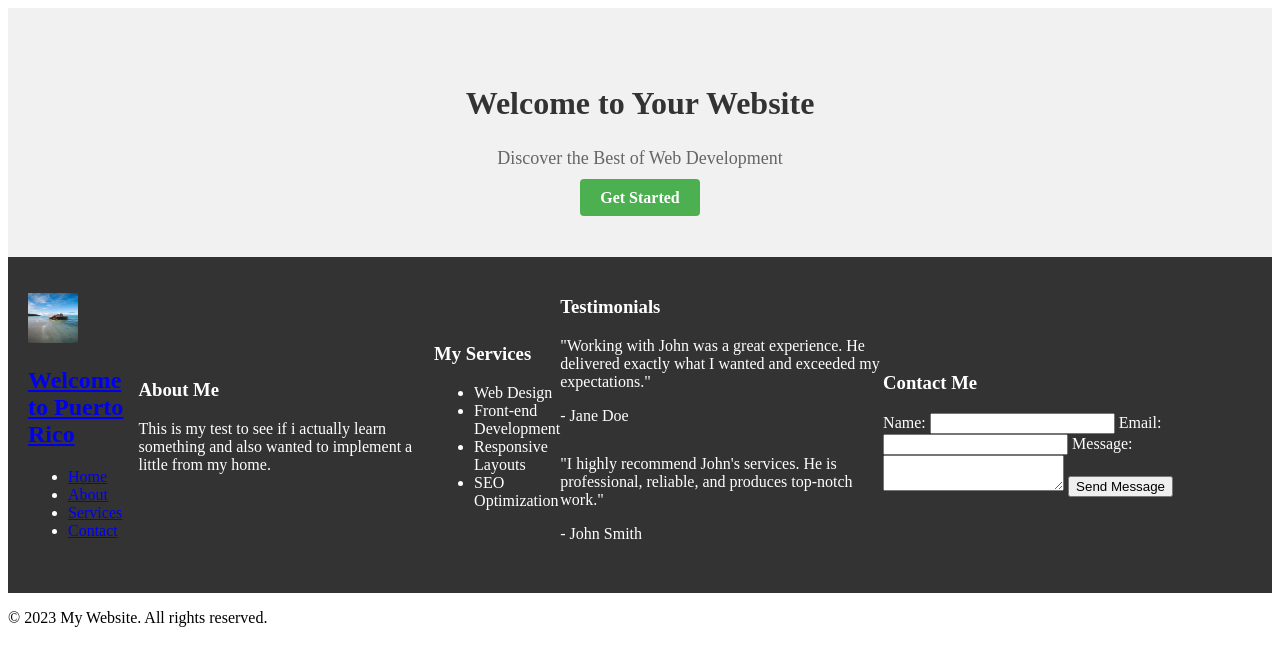
Repository: HeliosAI9/First-test-website
Page: mywebsite/index.html
The author's editor kept a copy of each file at every save. The page is drawn from the files as they stood at one save, then again after the next save.
The browser window is 1280 px wide. The pictures show the whole page.
Pictures or frames that could not be fetched are drawn as grey boxes.

Above is the page before, as saved 2023-07-03 07:14:53.

### mywebsite/index.html
<!DOCTYPE html>
<html lang="en">
<head>
  <meta charset="UTF-8">
  <meta http-equiv="X-UA-Compatible" content="IE=edge">
  <meta name="viewport" content="width=device-width, initial-scale=1.0">
  <title>Your Website Title</title>
  <link rel="stylesheet" href="style.css">
</head>
<body>
  <!-- Your content will go here -->
  <section class="hero">
    <h1 class="hero-title">Welcome to Your Website</h1>
    <p class="hero-subtitle">Discover the Best of Web Development</p>
    <a href="#" class="hero-button">Get Started</a>
  </section>

  <div class="backgroundContainer">
    <video id="background" muted autoplay loop>
        <source src="https://youtu.be/dpjaiKkJTUI" type="video/mp4">
    </video>

    <audio id="backgroundMusic" class="bgm" src="https://youtu.be/dpjaiKkJTUI" loop></audio>
</div>

<div class="headerBar">
    <div class="leftBarContainer">
        <a class="logocontainer" href=".">
            <div class = "logoImageContainer">
                <img class = "logoImage" src="resources/pexels-jo-kassis-4633495.jpg">
            </div>

    <h2>Welcome to Puerto Rico</h2>
    <nav>
        <ul>
            <li><a href="resources/pexels-caleb-oquendo-2927993.jpg">Home</a></li>
            <li><a href="resources/pexels-caleb-oquendo-3010317.jpg">About</a></li>
            <li><a href="resources/pexels-cristian-13554463.jpg">Services</a></li>
            <li><a href="resources/pexels-diego-f-parra-15305871.jpg">Contact</a></li>
        </ul>
    </nav>
</div>

<div class="layer1">
    <h3>About Me</h3>
    <p>This is my test to see if i actually learn something and also wanted to implement a little from my home.</p>
</div>

<div class="layer2">
    <h3>My Services</h3>
         <ul>
          <li>Web Design</li>
         <li>Front-end Development</li>
          <li>Responsive Layouts</li>
          <li>SEO Optimization</li>
     </ul>
</div>

<div class="layer3">
    <h3>Testimonials</h3>
    <div class="testimonial">
      <p>"Working with John was a great experience. He delivered exactly what I wanted and exceeded my expectations."</p>
      <p>- Jane Doe</p>
    </div>
    <div class="testimonial">
      <p>"I highly recommend John's services. He is professional, reliable, and produces top-notch work."</p>
      <p>- John Smith</p>
    </div>
</div>

<div class="layer4">
    <h3>Contact Me</h3>
    <form>
      <label for="name">Name:</label>
      <input type="text" id="name" name="name" required>

      <label for="email">Email:</label>
      <input type="email" id="email" name="email" required>

      <label for="message">Message:</label>
      <textarea id="message" name="message" required></textarea>

      <button type="submit">Send Message</button>
    </form>
  </div>
</div>

<div class="footerLayer">
    <p>&copy; 2023 My Website. All rights reserved.</p></div>
</body>
</html>

### mywebsite/style.css
/* Basic styles for the background container */
.backgroundContainer {
    position: relative;
  }

  /* Styles for the video background */
  #background {
    position: absolute;
    top: 0;
    left: 0;
    width: 100%;
    height: 100%;
    object-fit: cover;
  }

  /* Styles for the logo image */
  .logoImage {
    width: 50px;
    height: 50px;
  }

  /* Styles for the header bar */
  .headerBar {
    display: flex;
    justify-content: space-between;
    align-items: center;
    padding: 20px;
    background-color: #333;
    color: #fff;
  }

  /*Hero section*/
  .hero {
    background-color: #f1f1f1;
    text-align: center;
    padding: 50px 0;
  }
  .hero-title {
    font-size: 32px;
    color: #333;
  }

  .hero-subtitle {
    font-size: 18px;
    color: #666;
    margin-bottom: 20px;
  }

  .hero-button {
    background-color: #4caf50;
    color: white;
    padding: 10px 20px;
    text-decoration: none;
    border-radius: 4px;
    font-weight: bold;
  }

  /*features section*/
  .features {
    background-color: #fff;
    padding: 50px 0;
    text-align: center;
  }
  .feature {
  margin-bottom: 30px;
}

.feature-icon {
  font-size: 48px;
  color: #4caf50;
}

.feature-title {
  font-size: 24px;
  color: #333;
  margin-top: 20px;
}

.feature-description {
  font-size: 16px;
  color: #666;
  margin-top: 10px;
}

/*Testimonials*/
.testimonials {
    background-color: #f5f5f5;
    padding: 50px 0;
    text-align: center;
  }
  .testimonial {
    margin-bottom: 30px;
  }

  .testimonial-text {
    font-size: 18px;
    color: #333;
    margin-top: 20px;
  }

  .testimonial-author {
    font-size: 14px;
    color: #666;
    margin-top: 10px;
  }
  /*footer*/
  .footer {
    background-color: #333;
    color: #fff;
    padding: 30px 0;
    text-align: center;
  }
  .footer-text {
    font-size: 14px;
    margin-bottom: 10px;
  }

  .footer-link {
    color: #fff;
    text-decoration: none;
  }

  .footer-link:hover {
    text-decoration: underline;
  }

After the next save:
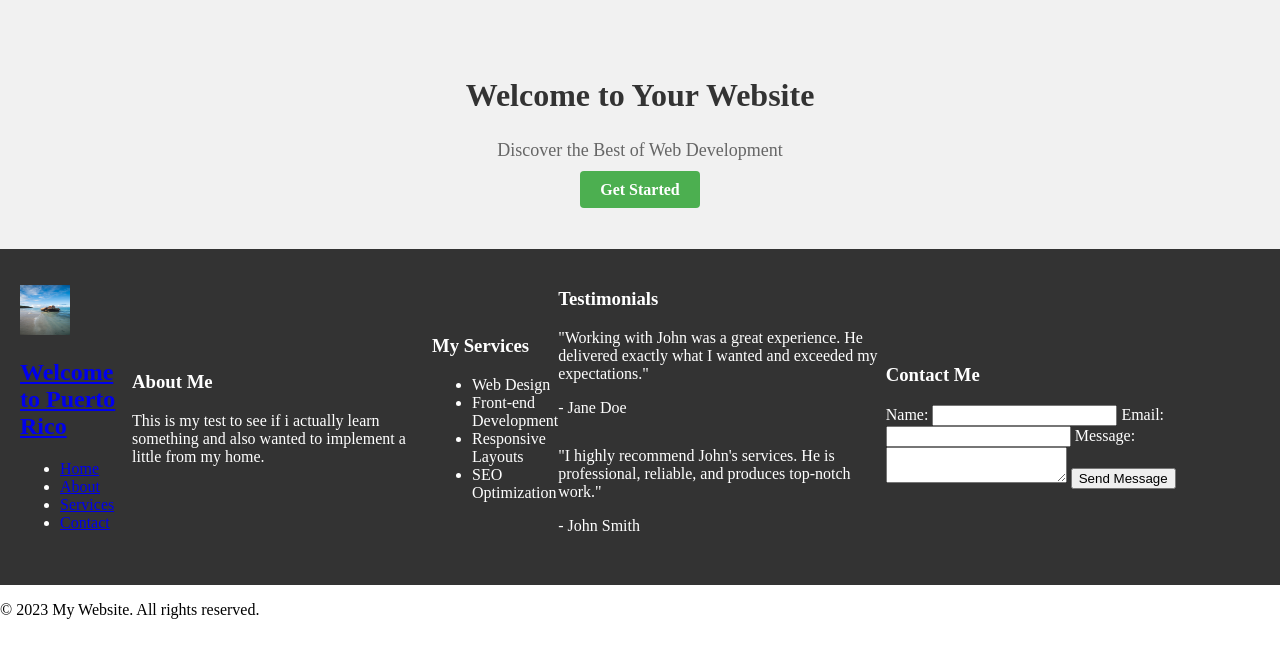
Saved 7 min 24 s later.
--- a/mywebsite/style.css
+++ b/mywebsite/style.css
@@ -1,9 +1,16 @@
 /* Basic styles for the background container */
-.backgroundContainer {
+/* Global styles */
+body {
+    margin: 0;
+    padding: 0;
+  }
+
+  /* Background container */
+  .backgroundContainer {
     position: relative;
   }
 
-  /* Styles for the video background */
+  /* Video background */
   #background {
     position: absolute;
     top: 0;
@@ -13,13 +20,13 @@
     object-fit: cover;
   }
 
-  /* Styles for the logo image */
+  /* Logo image */
   .logoImage {
     width: 50px;
     height: 50px;
   }
 
-  /* Styles for the header bar */
+  /* Header bar */
   .headerBar {
     display: flex;
     justify-content: space-between;
@@ -29,12 +36,13 @@
     color: #fff;
   }
 
-  /*Hero section*/
+  /* Hero section */
   .hero {
     background-color: #f1f1f1;
     text-align: center;
     padding: 50px 0;
   }
+
   .hero-title {
     font-size: 32px;
     color: #333;
@@ -55,39 +63,41 @@
     font-weight: bold;
   }
 
-  /*features section*/
+  /* Features section */
   .features {
     background-color: #fff;
     padding: 50px 0;
     text-align: center;
   }
+
   .feature {
-  margin-bottom: 30px;
-}
+    margin-bottom: 30px;
+  }
 
-.feature-icon {
-  font-size: 48px;
-  color: #4caf50;
-}
+  .feature-icon {
+    font-size: 48px;
+    color: #4caf50;
+  }
 
-.feature-title {
-  font-size: 24px;
-  color: #333;
-  margin-top: 20px;
-}
+  .feature-title {
+    font-size: 24px;
+    color: #333;
+    margin-top: 20px;
+  }
 
-.feature-description {
-  font-size: 16px;
-  color: #666;
-  margin-top: 10px;
-}
+  .feature-description {
+    font-size: 16px;
+    color: #666;
+    margin-top: 10px;
+  }
 
-/*Testimonials*/
-.testimonials {
+  /* Testimonials section */
+  .testimonials {
     background-color: #f5f5f5;
     padding: 50px 0;
     text-align: center;
   }
+
   .testimonial {
     margin-bottom: 30px;
   }
@@ -103,13 +113,15 @@
     color: #666;
     margin-top: 10px;
   }
-  /*footer*/
+
+  /* Footer */
   .footer {
     background-color: #333;
     color: #fff;
     padding: 30px 0;
     text-align: center;
   }
+
   .footer-text {
     font-size: 14px;
     margin-bottom: 10px;
